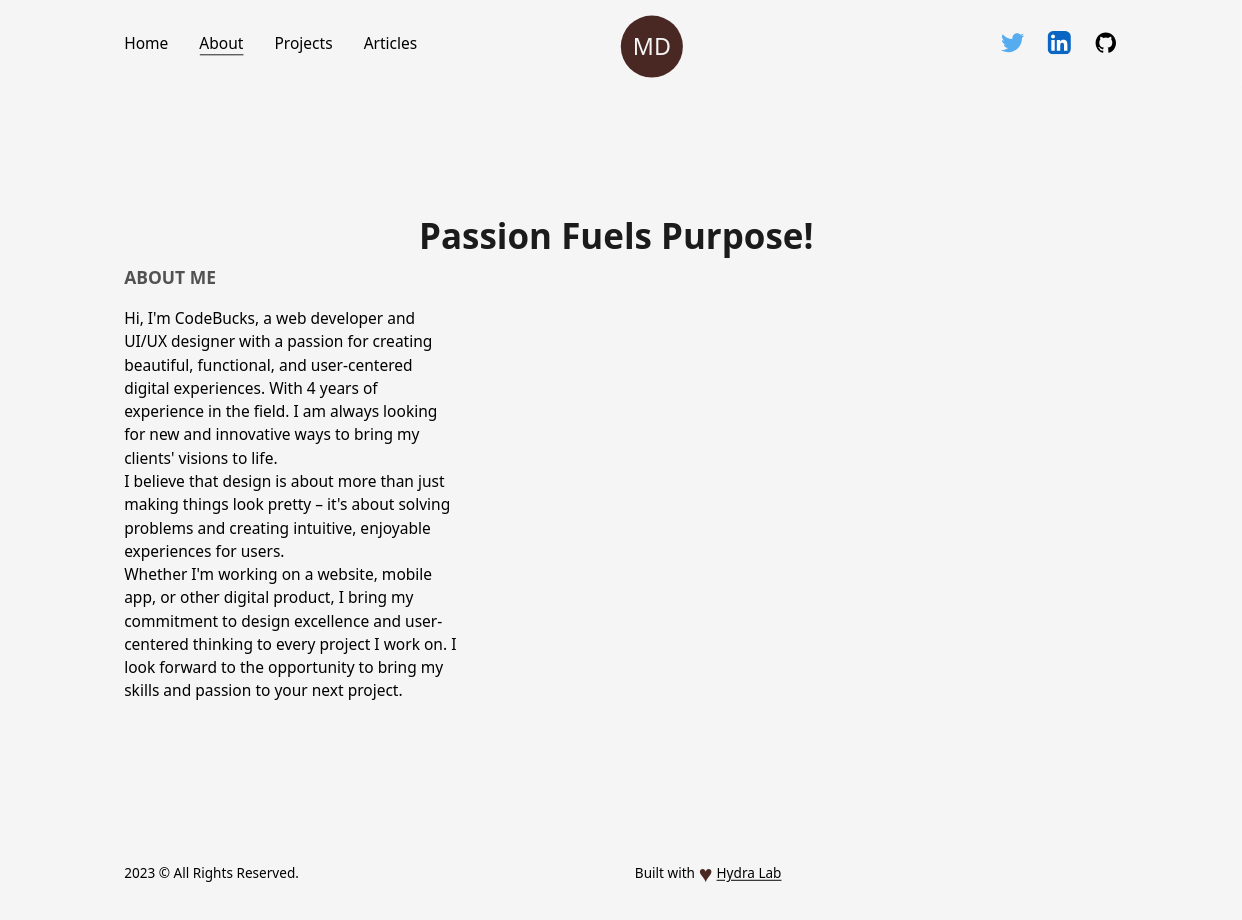
Repository: marcusdashe/situs
Page: /about
These files come from the project's save history. The page is drawn as it stood at one moment and after the next save; the edit follows.
The browser window is 1280 px wide. The pictures show the whole page, at 97% of full size.
The project was rebuilt for these pictures with package versions that can differ from the ones it lists, and the page was loaded fresh each time. The framework's server and built-in components were replaced by stand-ins that run in the browser.

Above is the page before, as saved 2023-06-29 13:43:11.

### src/pages/_app.js
import Footer from "@/components/Footer";
import Navbar from "@/components/Navbar";
import "@/styles/globals.css";
import Head from "next/head";
// import { IBM_Plex_Sans } from "next/font/google";

// const ibm = IBM_Plex_Sans({
//   subsets: ["latin"],
//   variable: "--font-mont",
// });

export default function App({ Component, pageProps }) {
  return (
    <>
      <Head>
        <meta name="viewport" content="width=device-width, initial-scale=1" />
        <link rel="icon" href="/favicon.ico" />
      </Head>
      <main className={`  bg-light w-full min-h-screen`}>
        <Navbar />
        <Component {...pageProps} />
        <Footer />
      </main>
    </>
  );
}

### src/pages/about.js
import AnimatedText from "@/components/AnimatedText";
import Layout from "@/components/Layout";
import Head from "next/head";
import React from "react";

const About = () => {
  return (
    <>
      <Head>
        <title> Marcus Dashe | About Page</title>
        <meta name="description" content="About Marcus Dashe" />
      </Head>

      <main className="flex w-full flex-col items-center justify-center">
        <Layout className="pt-15">
          <AnimatedText text="Passion Fuels Purpose!" />
          <div className="grid w-full grid-cols-8 gap-16">
            <div className="col-span-3 flex flex-col items-start justify-start ">
              <h2 className="mb-4 text-lg font-bold uppercase text-dark/75">
                About Me
              </h2>
              <p>
                Hi, I'm CodeBucks, a web developer and UI/UX designer with a
                passion for creating beautiful, functional, and user-centered
                digital experiences. With 4 years of experience in the field. I
                am always looking for new and innovative ways to bring my
                clients' visions to life.
              </p>
              <p>
                I believe that design is about more than just making things look
                pretty – it's about solving problems and creating intuitive,
                enjoyable experiences for users.
              </p>
              <p>
                Whether I'm working on a website, mobile app, or other digital
                product, I bring my commitment to design excellence and
                user-centered thinking to every project I work on. I look
                forward to the opportunity to bring my skills and passion to
                your next project.
              </p>
            </div>
          </div>
        </Layout>
      </main>
    </>
  );
};

export default About;

### src/components/Footer.jsx
import React from "react";
import Layout from "./Layout";
import Link from "next/link";

const Footer = () => {
  return (
    <footer className="w-full border-t-1 border-solid border-primaryDark font-medium text-sm ">
      <Layout className="py-8 flex items-center justify-between">
        <span>{new Date().getFullYear()} &copy; All Rights Reserved.</span>
        <div className="flex items-center">
          Built with{" "}
          <span className="text-primaryDark text-2xl px-1">&hearts;</span>
          <Link href="/" className="underline underline-offset-2">
            Hydra Lab
          </Link>
        </div>
        <Link href="/"></Link>
      </Layout>
    </footer>
  );
};

export default Footer;

### src/components/Navbar.jsx
import React from "react";
import { useRouter } from "next/router";
import Link from "next/link";
import Logo from "./Logo";
import { TwitterIcon, GithubIcon, LinkedInIcon } from "./Icons";
import { motion } from "framer-motion";

const CustomLink = ({ href, title, className = "" }) => {
  const router = useRouter();

  return (
    <Link href={href} className={`${className} relative group`}>
      {title}
      <span
        className={`h-[1px] inline-block bg-dark absolute left-0 -bottom-0.5 group-hover:w-full transition-[width] ease duration-300 ${
          router.asPath === href ? "w-full" : "w-0"
        }`}
      >
        &nbsp;
      </span>
    </Link>
  );
};

const Navbar = () => {
  return (
    <header
      className="w-full px-32 py-8 font-medium
            flex items-center justify-between"
    >
      <nav>
        <CustomLink href="/" title="Home" className="mr-4" />
        <CustomLink href="/about" title="About" className="mx-4" />
        <CustomLink href="/projects" title="Projects" className="mx-4" />
        <CustomLink href="/articles" title="Articles" className="ml-4" />
      </nav>

      <nav className="flex items-center justify-center flex-wrap">
        <motion.a
          href="https://www.twitter.com/marcusdashe"
          target={"_blank"}
          whileHover={{
            y: -2,
          }}
          whileTap={{ scale: 0.9 }}
          className="w-6 mx-3"
        >
          <TwitterIcon className="" />
        </motion.a>
        <motion.a
          href="https://www.linkedin.com/in/marcus-dashe-15a088202"
          target={"_blank"}
          whileHover={{
            y: -2,
          }}
          whileTap={{ scale: 0.9 }}
          className="w-6 mx-3"
        >
          <LinkedInIcon />
        </motion.a>
        <motion.a
          href="https://www.github.com/marcusdashe"
          target={"_blank"}
          whileHover={{
            y: -2,
          }}
          whileTap={{ scale: 0.9 }}
          className="w-6 ml-3"
        >
          <GithubIcon />
        </motion.a>
      </nav>
      <div className="absolute left-[50%] top-2 translate-x-[-50]">
        <Logo />
      </div>
    </header>
  );
};

export default Navbar;

### src/styles/globals.css
@import url("https://fonts.googleapis.com/css2?family=IBM+Plex+Sans:ital,wght@0,100;0,200;0,300;1,100;1,200&family=Inter:wght@300;400;500;600;700;800;900&display=swap");

@tailwind base;
@tailwind components;
@tailwind utilities;

### src/components/AnimatedText.jsx
import React from "react";
import { motion } from "framer-motion";

const quote = {
  initial: {
    opacity: 1,
  },
  animate: {
    opacity: 1,
    transition: {
      delay: 0.5,
      staggerChildren: 0.08,
    },
  },
};

const singleWord = {
  initial: {
    opacity: 0,
    y: 50,
  },
  animate: {
    opacity: 1,
    y: 0,
    transition: {
      duration: 1,
    },
  },
};

const AnimatedText = ({ text, className = "" }) => {
  return (
    <div className="w-full mx-auto py-2 flex items-center justify-center text-center overflow-hidden ">
      <motion.h1
        className={`inline-block w-full text-dark font-bold capitalize text-4xl ${className}`}
        variants={quote}
        initial="initial"
        animate="animate"
      >
        {text.split(" ").map((word, index) => (
          <motion.span
            key={index}
            className="inline-block"
            variants={singleWord}
          >
            {word}&nbsp;
          </motion.span>
        ))}
      </motion.h1>
    </div>
  );
};

export default AnimatedText;

### src/components/Layout.jsx
import React from "react";

const Layout = ({ children, className = "" }) => {
  return (
    <div className={`${className} w-full inline-block z-0 bg-light p-32`}>
      {children}
    </div>
  );
};

export default Layout;

### src/components/Logo.jsx
"use client";

import React from "react";
import Link from "next/link";
import { motion } from "framer-motion";

const MotionLink = motion(Link);

const Logo = () => {
  return (
    <div className="flex items-center justify-center mt-2">
      <MotionLink
        href="/"
        className="w-16 h-16 bg-primaryDark text-light flex items-center
        justify-center rounded-full text-2xl  hover
      "
        whileHover={{
          scale: 1.5,
          backgroundColor: [
            "#121212",
            "rgba(131,58,180,1)",
            "rgba(253,29,29,1)",
            "rgba(252,176,69,1)",
            "rgba(131,58,180,1)",
            "#121212",
          ],
          transition: {
            duration: 1,
            repeat: Infinity,
          },
        }}
      >
        MD
      </MotionLink>
    </div>
  );
};

export default Logo;

Loaded but not shown: tailwind.config.js (30 lines, source omitted); src/components/Icons.jsx (474 lines, source omitted)

After the next save:
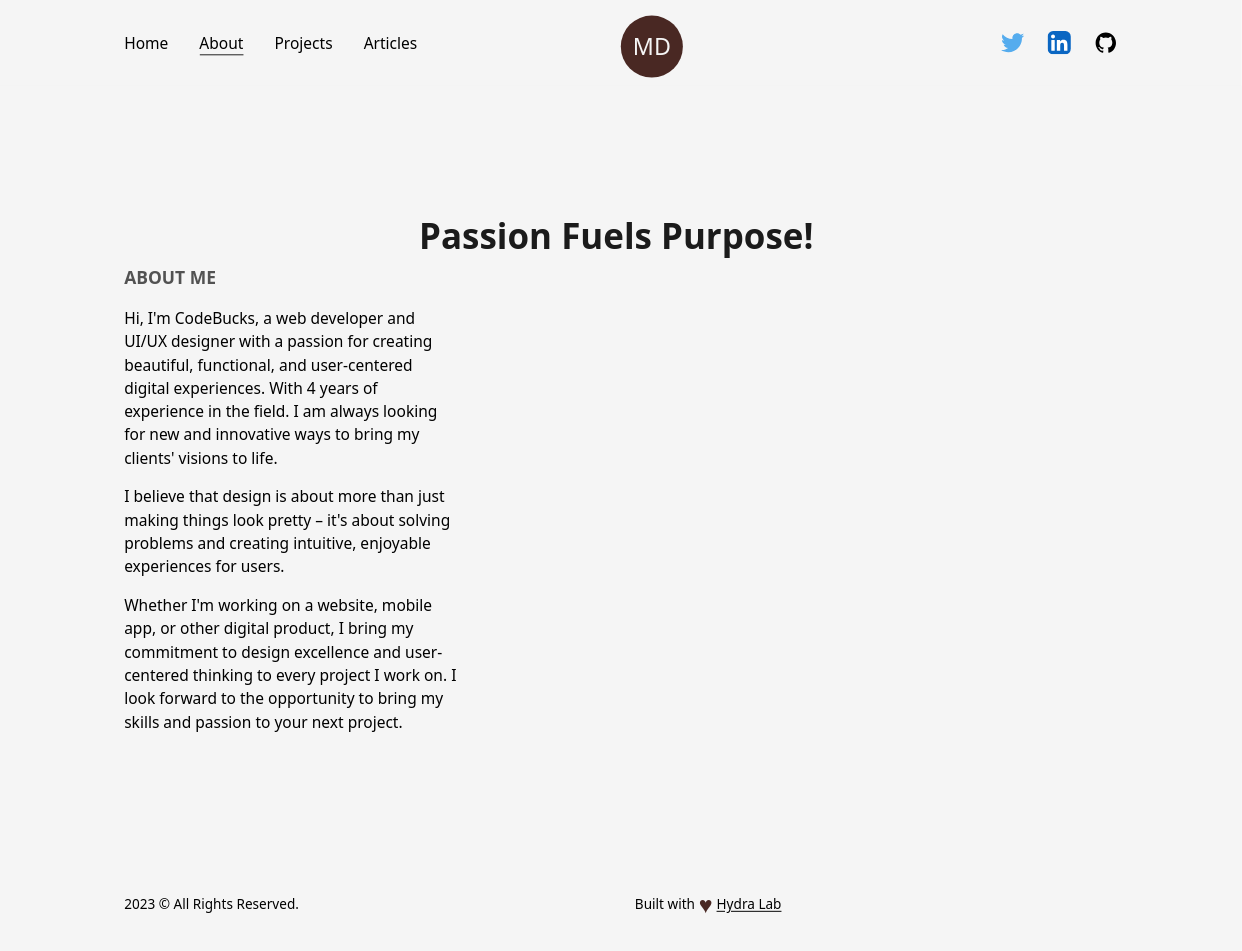
Saved 2 min 8 s later.
--- a/src/pages/about.js
+++ b/src/pages/about.js
@@ -19,19 +19,19 @@ const About = () => {
               <h2 className="mb-4 text-lg font-bold uppercase text-dark/75">
                 About Me
               </h2>
-              <p>
+              <p className="font-medium">
                 Hi, I'm CodeBucks, a web developer and UI/UX designer with a
                 passion for creating beautiful, functional, and user-centered
                 digital experiences. With 4 years of experience in the field. I
                 am always looking for new and innovative ways to bring my
                 clients' visions to life.
               </p>
-              <p>
+              <p className="font-medium my-4">
                 I believe that design is about more than just making things look
                 pretty – it's about solving problems and creating intuitive,
                 enjoyable experiences for users.
               </p>
-              <p>
+              <p className="font-medium">
                 Whether I'm working on a website, mobile app, or other digital
                 product, I bring my commitment to design excellence and
                 user-centered thinking to every project I work on. I look
